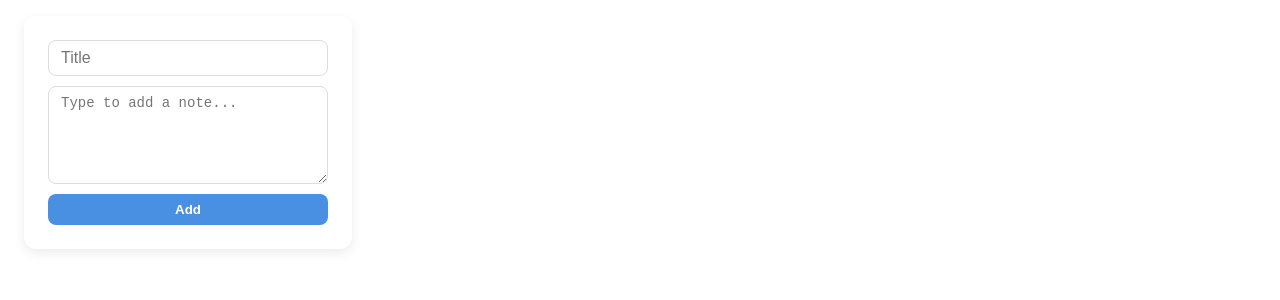
Repository: AJANI2005/Notes-App
Page: /
The author's editor kept a copy of each file at every save. The page is drawn from the files as they stood at one save, then again after a run of saves.
The browser window is 1280 px wide. The pictures show the whole page.
The project was rebuilt for these pictures with package versions that can differ from the ones it lists, and the page was loaded fresh each time. Also part of the build but not shown: vite.config.ts.

Above is the page before, as saved 2025-07-31 17:40:27.

### src/index.css
:root {
  font-family: system-ui, Avenir, Helvetica, Arial, sans-serif;
  font-synthesis: none;
  text-rendering: optimizeLegibility;
  -webkit-font-smoothing: antialiased;
  -moz-osx-font-smoothing: grayscale;
}

### src/App.tsx
import { useEffect, useState } from 'react';
import './App.css'




interface Note {
  title: string;
  text: string;
}

const Note = () => {
  const [text, setText] = useState('');
  const [title, setTitle] = useState('');

  //Initialize Local Storage
  useEffect(()=>{
    if (!localStorage.getItem("notes")){
      localStorage.setItem("notes",JSON.stringify([]))
    }
    if (localStorage.getItem("title")){
      setTitle(JSON.parse(localStorage.getItem("title")!))
    }
    if (localStorage.getItem("text")){
      setText(JSON.parse(localStorage.getItem("text")!))
    }
  },[])

  // Store Current Data (On Refresh)
  useEffect(()=>{
    if (text === '' && title === '') return
    localStorage.setItem("title",JSON.stringify(title))
    localStorage.setItem("text",JSON.stringify(text))
  },[text,title])

  const createNote = () => {
    const note = {
      title: title,
      text: text
    }  as Note

    // add note
    const notes = JSON.parse(localStorage.getItem("notes")!)
    notes.push(note)
    localStorage.setItem("notes",JSON.stringify(notes))

    // reset state
    setTitle("")
    setText("")
    localStorage.setItem("title",JSON.stringify(""))
    localStorage.setItem("text",JSON.stringify(""))
  }

  return (
    <form className='note'>
      <input
        value={title}
        placeholder='Title'
        onChange={(e) => setTitle(e.target.value)}
        type="text" className='note-title-input' />
      <textarea
        value={text}
        onChange={(e) => setText(e.target.value)}
        className='note-input'
        placeholder='Type to add a note...'></textarea>
      <button className='addBtn' onClick={createNote}>Add</button>
    </form>
  )
}

function App() {

  const [notes, setNotes] = useState([]);

  //Initialize Local Storage
  useEffect(()=>{
    if (localStorage.getItem("notes")){
      setNotes(JSON.parse(localStorage.getItem("notes")!))
    }
  },[])


  return (
    <>
      <Note />
      {/* Display Notes */}
      <div className='notes-grid'>
        {notes.map((note : Note, index) => (
          <div key={index} className='note'>
            <h2 className='note-title'>{note.title}</h2>
            <p className='note-text'>{note.text}</p>
            <button className='deleteBtn'>Delete</button>
          </div>
        ))}
      </div>
    </>
  )
}

export default App

### src/App.css
/* Container Form */
.note {
  display: flex;
  flex-direction: column;
  gap: 10px;
  padding: 24px;
  width: 280px;
  background-color: #ffffff;
  border-radius: 12px;
  box-shadow: 0 4px 12px rgba(0, 0, 0, 0.08);
  transition: box-shadow 0.2s ease;
  margin: 16px;

}
.note:hover {
  box-shadow: 0 6px 16px rgba(0, 0, 0, 0.12);
}

/* Text input for note name */
.note-title-input {
  padding: 8px 12px;
  font-size: 16px;
  font-weight: 500;
  border: 1px solid #ddd;
  border-radius: 8px;
  outline: none;
  transition: border-color 0.2s;
}

.note-title-input:focus {
  border-color: #4a90e2;
}

/* Textarea for note content */
.note-input {
  min-height: 80px;
  resize: vertical;
  padding: 8px 12px;
  font-size: 14px;
  border: 1px solid #ddd;
  border-radius: 8px;
  outline: none;
  transition: border-color 0.2s;
}

.note-input:focus {
  border-color: #4a90e2;
}

/* Add Button */
.addBtn {
  background-color: #4a90e2;
  color: white;
  border: none;
  padding: 8px 12px;
  border-radius: 8px;
  font-weight: 600;
  cursor: pointer;
  transition: background-color 0.2s ease;
}

.addBtn:hover {
  background-color: #357abd;
}

.deleteBtn {
  bottom: 12px;
  left: 12px;

  background-color: #ff6b6b;
  color: white;
  border: none;
  padding: 6px 24px;
  font-size: 14px;
  border-radius: 6px;
  cursor: pointer;
  transition: background-color 0.2s ease;
}

.deleteBtn:hover {
  background-color: #e63946;
}


/* Title of the note */
.note-title {
  font-size: 18px;
  font-weight: 600;
  color: #333;
  margin-bottom: 8px;
}

/* Text content of the note */
.note-text {
  font-size: 14px;
  color: #555;
  line-height: 1.5;
  white-space: pre-wrap; /* show \n as line breaks */
}

/* Container for all notes */
.notes-grid {
  display: grid;
  grid-template-columns: repeat(auto-fill, minmax(250px, 1fr)); /* Responsive columns */
  gap: 16px; /* Space between notes */
  padding: 20px;
  justify-items: center; /* Center notes in their column */
}

Loaded but not shown: index.html (common file); src/main.tsx (common file)

After the next 3 saves:
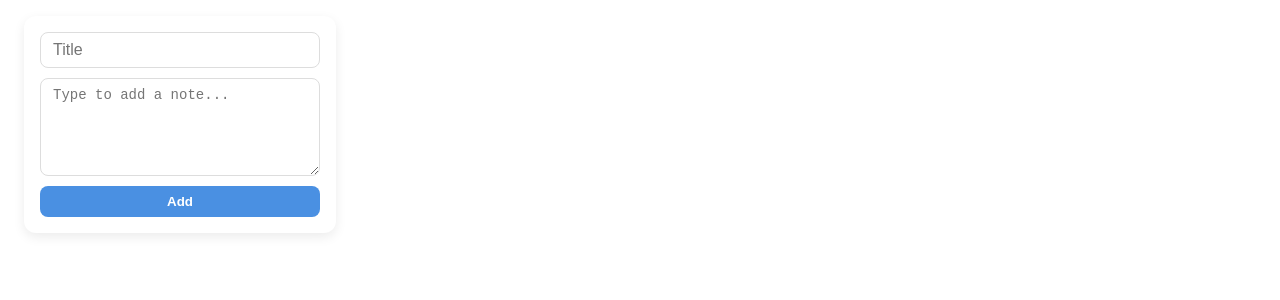
The 3 saves are shown as one change because they came seconds apart.
The last was saved 43 s later.
--- a/src/App.css
+++ b/src/App.css
@@ -3,15 +3,15 @@
   display: flex;
   flex-direction: column;
   gap: 10px;
-  padding: 24px;
+  padding: 16px;
   width: 280px;
   background-color: #ffffff;
   border-radius: 12px;
   box-shadow: 0 4px 12px rgba(0, 0, 0, 0.08);
   transition: box-shadow 0.2s ease;
   margin: 16px;
+}
 
-}
 .note:hover {
   box-shadow: 0 6px 16px rgba(0, 0, 0, 0.12);
 }
@@ -63,14 +63,13 @@
   background-color: #357abd;
 }
 
+
 .deleteBtn {
-  bottom: 12px;
-  left: 12px;
 
-  background-color: #ff6b6b;
+  background-color: #ff6b6b; /* soft red */
   color: white;
   border: none;
-  padding: 6px 24px;
+  padding: 6px 10px;
   font-size: 14px;
   border-radius: 6px;
   cursor: pointer;
@@ -78,10 +77,8 @@
 }
 
 .deleteBtn:hover {
-  background-color: #e63946;
+  background-color: #e63946; /* darker on hover */
 }
-
-
 /* Title of the note */
 .note-title {
   font-size: 18px;
